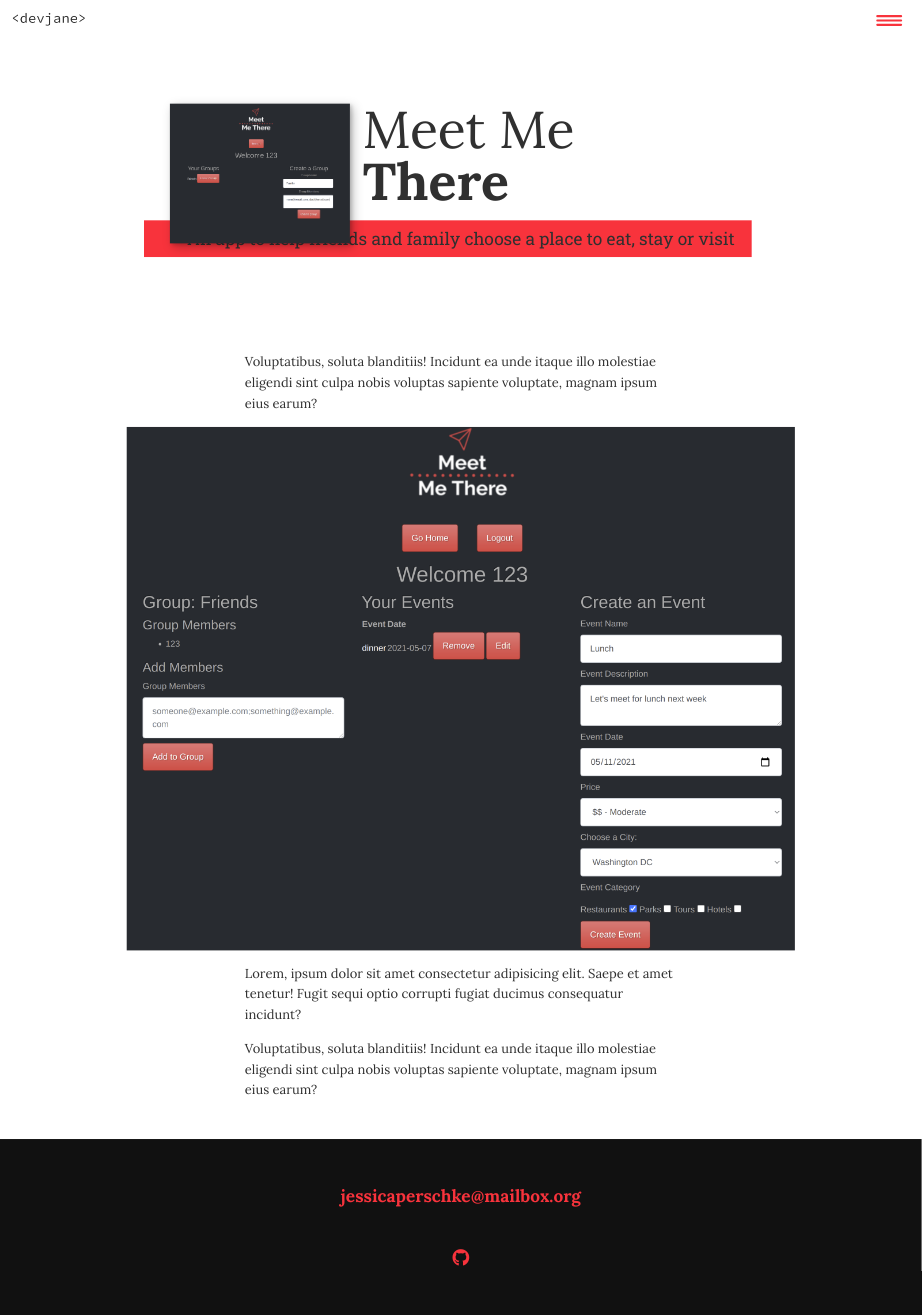
Repository: DinoDime/site
Page: portfolio-item1.html
These files come from the project's save history. The page is drawn as it stood at one moment and after the next save; the edit follows.
The browser window is 1280 px wide. The pictures show the whole page, at 72% of full size.
Some web libraries are served in a nearby version.

Above is the page before, as saved 2021-05-03 05:42:41.

After the next save:
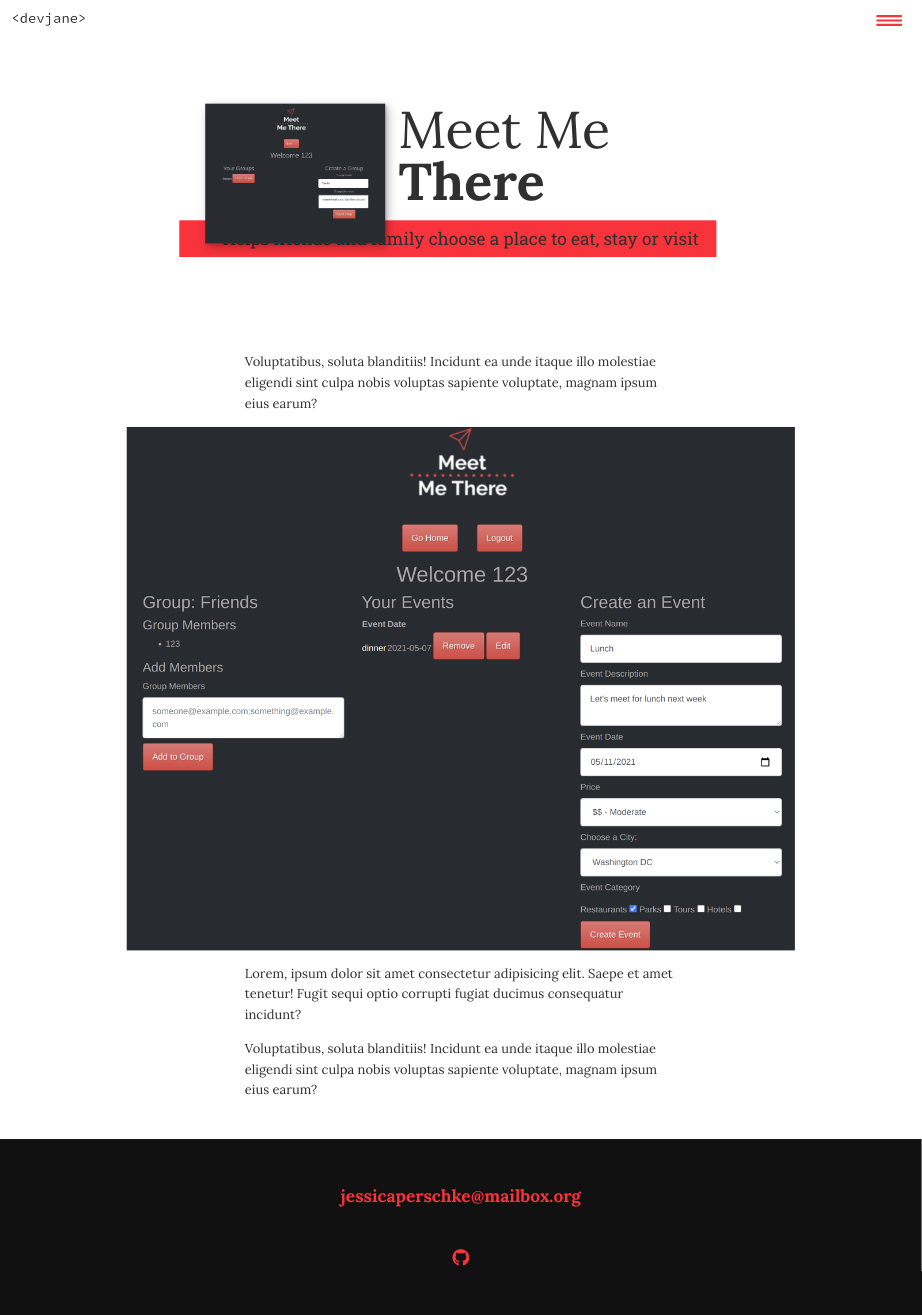
Saved 30 s later.
--- a/portfolio-item1.html
+++ b/portfolio-item1.html
@@ -59,7 +59,7 @@
         Meet Me <strong>There</strong>
       </h1>
       <p class="section__subtitle section__subtitle--intro">
-        An app to help friends and family choose a place to eat, stay or visit
+        Helps friends and family choose a place to eat, stay or visit
       </p>
       <img src="img/MeetMeThere2.png" alt="" class="intro__img" />
     </section>
